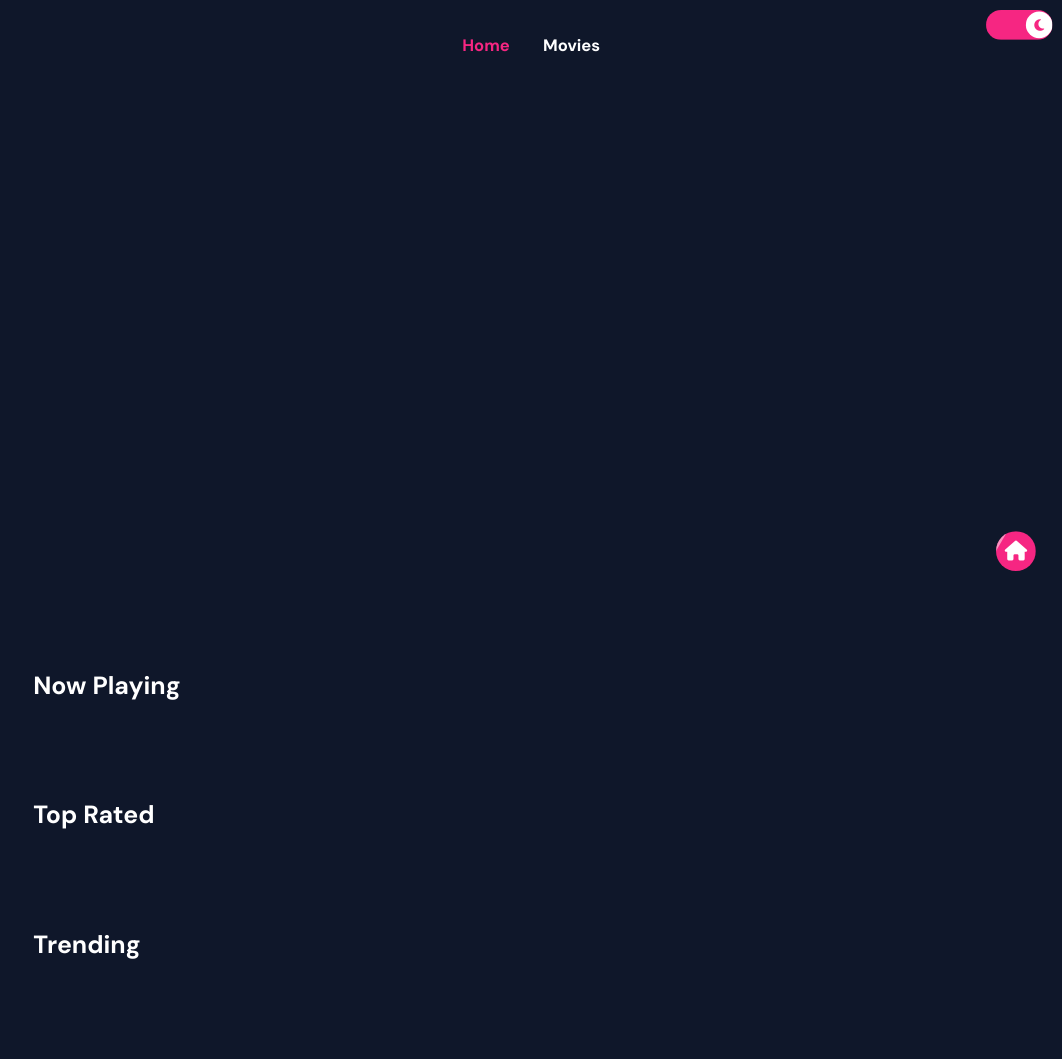
Repository: Linhyum/react-simple-movie
Page: /
An editor plug-in stored every save of this project. The page is shown before and after the next save, followed by the edit.
The browser window is 1280 px wide. The pictures show the whole page, at 83% of full size.
The page's requests for data from a server got no answer. The project was rebuilt for these pictures with package versions that can differ from the ones it lists, and the page was loaded fresh each time. No one was signed in, and anything a server would have sent is missing. Also part of the build but not shown: src/components/button/Button.js, src/components/LoadingSkeleton.js.

Above is the page before, as saved 2023-04-02 21:00:52.

### public/index.html
<!DOCTYPE html>
<html lang="en">
    <head>
        <meta charset="utf-8" />
        <link rel="icon" href="%PUBLIC_URL%/favicon.ico" />
        <meta name="viewport" content="width=device-width, initial-scale=1" />
        <meta name="theme-color" content="#000000" />
        <meta name="description" content="Web site created using create-react-app" />
        <link rel="apple-touch-icon" href="%PUBLIC_URL%/logo192.png" />
        <!--
      manifest.json provides metadata used when your web app is installed on a
      user's mobile device or desktop. See https://developers.google.com/web/fundamentals/web-app-manifest/
    -->
        <link rel="manifest" href="%PUBLIC_URL%/manifest.json" />
        <link
            rel="stylesheet"
            href="https://cdnjs.cloudflare.com/ajax/libs/font-awesome/6.4.0/css/all.min.css"
            integrity="sha512-iecdLmaskl7CVkqkXNQ/ZH/XLlvWZOJyj7Yy7tcenmpD1ypASozpmT/E0iPtmFIB46ZmdtAc9eNBvH0H/ZpiBw=="
            crossorigin="anonymous"
            referrerpolicy="no-referrer"
        />
        <!--
      Notice the use of %PUBLIC_URL% in the tags above.
      It will be replaced with the URL of the `public` folder during the build.
      Only files inside the `public` folder can be referenced from the HTML.

      Unlike "/favicon.ico" or "favicon.ico", "%PUBLIC_URL%/favicon.ico" will
      work correctly both with client-side routing and a non-root public URL.
      Learn how to configure a non-root public URL by running `npm run build`.
    -->
        <title>React App</title>
    </head>
    <body>
        <noscript>You need to enable JavaScript to run this app.</noscript>
        <div id="root"></div>
        <!--
      This HTML file is a template.
      If you open it directly in the browser, you will see an empty page.

      You can add webfonts, meta tags, or analytics to this file.
      The build step will place the bundled scripts into the <body> tag.

      To begin the development, run `npm start` or `yarn start`.
      To create a production bundle, use `npm run build` or `yarn build`.
    --></body>
</html>

### src/index.js
import React from "react";
import ReactDOM from "react-dom/client";
import "./index.scss";
import App from "./App";
import reportWebVitals from "./reportWebVitals";
import { BrowserRouter } from "react-router-dom";

const root = ReactDOM.createRoot(document.getElementById("root"));
root.render(
    <React.StrictMode>
        <BrowserRouter>
            <App />
        </BrowserRouter>
    </React.StrictMode>
);

// If you want to start measuring performance in your app, pass a function
// to log results (for example: reportWebVitals(console.log))
// or send to an analytics endpoint. Learn more: https://bit.ly/CRA-vitals
reportWebVitals();

### src/index.scss
@tailwind base;
@tailwind components;
@tailwind utilities;
@import url("https://fonts.googleapis.com/css2?family=DM+Sans:wght@400;500;700&display=swap");

@layer base {
    body.dark {
        @apply bg-slate-900 font-body px-5 text-white;
    }

    body {
        @apply bg-white text-slate-900;
        transition: all linear 0.3s;
    }
    body input {
        @apply text-white;
    }

    .pagination {
        display: flex;
        align-items: center;
        justify-content: center;
        column-gap: 30px;
        font-size: 22px;
        font-weight: 500;
    }

    .pagination .active {
        @apply text-primary;
    }

    @media (max-width: 639px) {
        .moive-page {
            @apply grid-cols-1;
        }
    }

    :root {
        --swiper-theme-color: #f62682 !important;
        --swiper-pagination-bullet-inactive-color: #aaa !important;
        --swiper-pagination-bullet-inactive-opacity: 1;
    }
    .swiper-button-prev,
    .swiper-button-next {
        position: absolute !important;
        top: 50% !important;
        width: 60px !important;
        height: 60px !important;
        margin-top: -12.5px !important;
        z-index: 10 !important;
        cursor: pointer !important;
        border-radius: 50% !important;
        background: rgb(204, 204, 204, 0.7) !important;
        transition: all 0.3s ease !important;
        display: flex;
        justify-content: center !important;
        align-items: center !important;
        font-weight: 700 !important;
    }

    .swiper-button-prev {
        left: 0;
    }

    .swiper-button-next {
        right: 0;
    }

    .swiper-button-prev:hover,
    .swiper-button-next:hover {
        background: rgb(204, 204, 204) !important;
    }
    .movie-list .swiper-pagination {
        display: none;
    }

    @media (max-width: 1023px) {
        .banner .swiper-pagination {
            display: none !important;
        }
    }
    .skeleton {
        background-color: #eee;
        background-image: linear-gradient(110deg, #ececec 8%, #f5f5f5 18%, #ececec 33%);
        background-size: 200% 100%;
        animation: 1.5s shine linear infinite;
    }
    @keyframes shine {
        to {
            background-position-x: -200%;
        }
    }
    /* Tạo thanh cuộn */
    body::-webkit-scrollbar {
        width: 10px;
    }

    /* Tạo màu nền cho thanh cuộn */
    body::-webkit-scrollbar-track {
        background-color: #eee;
    }

    /* Tạo màu cho thanh cuộn */
    body::-webkit-scrollbar-thumb {
        background-color: #f62682;
        border-radius: 5px;
    }
    button {
        position: relative;
        overflow: hidden;
        transition: all 0.3s ease-in-out;
    }

    button:before {
        content: "";
        position: absolute;
        top: 0;
        left: -100%;
        width: 100%;
        height: 100%;
        background-color: rgba(255, 255, 255, 0.5);
        transform: skewX(-30deg);
        transition: all 0.3s ease-in-out;
    }

    button:hover:before {
        left: 0;
    }

    button:hover {
        @apply bg-blue-600;
    }
    button:hover div {
        @apply text-blue-600;
    }
    button div {
        transition: all 0.3s ease-in-out;
    }
}

@layer components {
    .page-container {
        max-width: 1200px;
        @apply mx-auto;
    }
    .movie-list .swiper-slide {
        width: 270px;
    }
    .banner .swiper {
        height: 100%;
    }
    .trailer iframe {
        width: 100%;
        height: 100%;
    }
}

### src/App.js
import { Route, Routes } from "react-router-dom";
import Main from "./components/layout/Main";
// import HomePage from "./pages/HomePage";
// import MovieDetailsPage from "./pages/MovieDetailsPage";
// import MoviePage from "./pages/MoviePage";
import { lazy, Suspense } from "react";

const HomePage = lazy(() => import("./pages/HomePage"));
const MoviePage = lazy(() => import("./pages/MoviePage"));
const MovieDetailsPage = lazy(() => import("./pages/MovieDetailsPage"));

function App() {
    return (
        <Suspense fallback={<></>}>
            <Routes>
                <Route element={<Main></Main>}>
                    <Route path="/" element={<HomePage></HomePage>}></Route>
                    <Route path="/movies" element={<MoviePage></MoviePage>}></Route>
                    <Route
                        path="/movies/:slug"
                        element={<MovieDetailsPage></MovieDetailsPage>}
                    ></Route>
                </Route>
            </Routes>
        </Suspense>
    );
}

export default App;

### src/components/layout/Main.js
import React from "react";
import Header from "./Header";
import { Outlet } from "react-router-dom";
const Main = () => {
    return (
        <>
            <Header></Header>
            <Outlet></Outlet>
        </>
    );
};

export default Main;

### src/pages/HomePage.js
import React from "react";
import Banner from "../components/banner/Banner";
import MovieList from "../components/movie/MovieList";

const HomePage = () => {
    return (
        <>
            <Banner></Banner>
            <section className="movies-layout page-container pb-20">
                <h2 className="capitalize  mb-10 text-3xl font-bold">Now playing</h2>
                <MovieList type={"now_playing"}></MovieList>
            </section>

            <section className="movies-layout page-container pb-20">
                <h2 className="capitalize  mb-10 text-3xl font-bold">Top Rated</h2>
                <MovieList type={"top_rated"}></MovieList>
            </section>

            <section className="movies-layout page-container pb-20">
                <h2 className="capitalize  mb-10 text-3xl font-bold">Trending</h2>
                <MovieList type={"popular"}></MovieList>
            </section>
        </>
    );
};

export default HomePage;

### src/components/layout/Header.js
import React, { useState } from "react";
import { NavLink } from "react-router-dom";

const Header = () => {
    const [dark, setDark] = useState(true);
    const active = ({ isActive }) => isActive && "text-primary";
    const handleClick = () => {
        window.scrollTo({ top: 0, behavior: "smooth" });
    };
    if (dark) {
        document.body.classList.add("dark");
    } else {
        document.body.classList.remove("dark");
    }
    return (
        <>
            <header className="header text-xl font-semibold flex items-center justify-center gap-x-10  py-10 mb-5">
                <NavLink to={"/"} className={active}>
                    Home
                </NavLink>
                <NavLink to={"/movies"} className={active}>
                    Movies
                </NavLink>
            </header>
            <button
                className="fixed z-50 bottom-8 right-8  w-12 h-12 rounded-full bg-primary text-2xl"
                onClick={handleClick}
            >
                <i class="fa-solid fa-house"></i>
            </button>
            <div className="fixed top-3 right-3 z-50">
                <div
                    className={`relative transition-all duration-300 w-20 h-9 flex items-center cursor-pointer rounded-full ${
                        dark ? "bg-primary" : "bg-slate-400"
                    } `}
                    onClick={() => setDark(!dark)}
                >
                    <div
                        className={`absolute flex items-center justify-center transition-all duration-300 w-8 h-8 rounded-full  ${
                            dark ? "left-full -translate-x-full bg-white" : "left-0 bg-primary"
                        }`}
                    >
                        <i
                            className={`${
                                dark
                                    ? "fa-solid fa-moon text-primary"
                                    : "fa-solid fa-sun text-white"
                            }`}
                        ></i>
                    </div>
                </div>
            </div>
        </>
    );
};

export default Header;

### src/components/movie/MovieList.js
import React from "react";
import { SwiperSlide, Swiper } from "swiper/react";
import "swiper/scss";
import useSWR from "swr";
import { fetcher, getMovieList } from "../../config";
import MovieCard, { MovieCardSkeleton } from "./MovieCard";
import SwiperCore, { Navigation, Pagination, Autoplay } from "swiper";
import "swiper/swiper-bundle.css";
SwiperCore.use([Navigation, Pagination, Autoplay]);
//https://api.themoviedb.org/3/movie/now_playing?api_key=<<api_key>>
//https://api.themoviedb.org/3/movie/popular?api_key=<<api_key>>
//https://api.themoviedb.org/3/movie/top_rated?api_key=<<api_key>>
let slidesPerView = 0;
const MovieList = ({ type }) => {
    const { data, isLoading } = useSWR(getMovieList(type), fetcher);
    const movies = data?.results || [];
    return (
        <div className="movie-list">
            <Swiper
                navigation={{ prevEl: ".swiper-button-prev", nextEl: ".swiper-button-next" }}
                spaceBetween={30}
                slidesPerView={slidesPerView}
                grabCursor={true}
                breakpoints={{
                    0: {
                        slidesPerView: 1,
                        spaceBetween: 0,
                    },
                    640: {
                        slidesPerView: 2,
                        spaceBetween: 20,
                    },
                    768: {
                        slidesPerView: 3,
                        spaceBetween: 20,
                    },
                    1024: {
                        slidesPerView: 4,
                        spaceBetween: 30,
                    },
                    1280: {
                        slidesPerView: 4,
                        spaceBetween: 30,
                    },
                    1536: {
                        slidesPerView: 5,
                        spaceBetween: 40,
                    },
                }}
            >
                {!isLoading && (
                    <div className="grid grid-cols-4 gap-x-8">
                        <MovieCardSkeleton></MovieCardSkeleton>
                        <MovieCardSkeleton></MovieCardSkeleton>
                        <MovieCardSkeleton></MovieCardSkeleton>
                        <MovieCardSkeleton></MovieCardSkeleton>
                    </div>
                )}
                {isLoading &&
                    movies.length > 0 &&
                    movies.map((item) => (
                        <SwiperSlide key={item.id}>
                            <MovieCard info={item}></MovieCard>
                        </SwiperSlide>
                    ))}
                <div className="swiper-button-prev"></div>
                <div className="swiper-button-next"></div>
            </Swiper>
        </div>
    );
};

export default MovieList;

### src/components/movie/MovieCard.js
import React from "react";
import { useNavigate } from "react-router-dom";
import Button from "../button/Button";

import { getImg } from "../../config";
import { withErrorBoundary } from "react-error-boundary";
import LoadingSkeleton from "../LoadingSkeleton";
const MovieCard = ({ info }) => {
    const navigate = useNavigate();
    return (
        <div className="movie-card text-white hover:shadow-lg hover:shadow-primary transition-all duration-300 rounded-lg p-3 bg-slate-800 select-none">
            <img
                src={getImg(info.poster_path)}
                alt=""
                className="object-cover w-full h-[350px] rounded-lg mb-5"
            />
            <h3 title={info.title} className="text-xl font-bold mb-3 truncate">
                {info.title}
            </h3>
            <div className="flex items-center justify-between text-sm  mb-7">
                <span className="opacity-50">{new Date(info.release_date).getFullYear()}</span>
                <div className="flex items-center gap-x-2">
                    <span className="opacity-50">{info.vote_average.toFixed(1)}</span>
                    <div className="text-yellow-400">
                        <i class="fa-solid fa-star"></i>
                    </div>
                </div>
            </div>
            <Button onclick={() => navigate(`/movies/${info.id}`)} title={"Watch now"}></Button>
        </div>
    );
};

function FallbackComponent() {
    return <p className="text-red-500 bg-red-200">Something went wrong with this component</p>;
}

export default withErrorBoundary(MovieCard, {
    FallbackComponent,
});

export function MovieCardSkeleton() {
    <div className="movie-card text-white hover:shadow-lg hover:shadow-primary transition-all duration-300 rounded-lg p-3 bg-slate-800 select-none">
        <LoadingSkeleton height="300px" radius="8px"></LoadingSkeleton>
        <LoadingSkeleton height="300px" radius="8px"></LoadingSkeleton>
        <LoadingSkeleton height="300px" radius="8px"></LoadingSkeleton>
        <div className="flex items-center justify-between text-sm  mb-7">
            <span className="opacity-50"></span>
            <div className="flex items-center gap-x-2">
                <span className="opacity-50"></span>
                <div className="text-yellow-400">
                    <i class="fa-solid fa-star"></i>
                </div>
            </div>
        </div>
        <Button></Button>
    </div>;
}

### src/config.js
const fetcher = (...args) => fetch(...args).then((res) => res.json());
const getMovieList = (type1 = "", type2 = "", type3 = "") =>
    `https://api.themoviedb.org/3${type3}/movie/${type1}${type2}?api_key=9e4dcf244e30611641c2a44c752a2353`;
const getImg = (type) => `https://image.tmdb.org/t/p/original${type}`;
export { fetcher, getMovieList, getImg };

### tailwind.config.js
/** @type {import('tailwindcss').Config} */
module.exports = {
    content: ["./src/**/*.{js,jsx,ts,tsx}"],
    theme: {
        extend: {
            fontFamily: {
                body: ["DM Sans", "sans-serif"],
            },
            colors: {
                primary: "#f62682",
            },
        },
    },
    plugins: [],
};

Loaded but not shown: src/reportWebVitals.js (common file); src/components/banner/Banner.js (71 lines, source omitted)

After the next save:
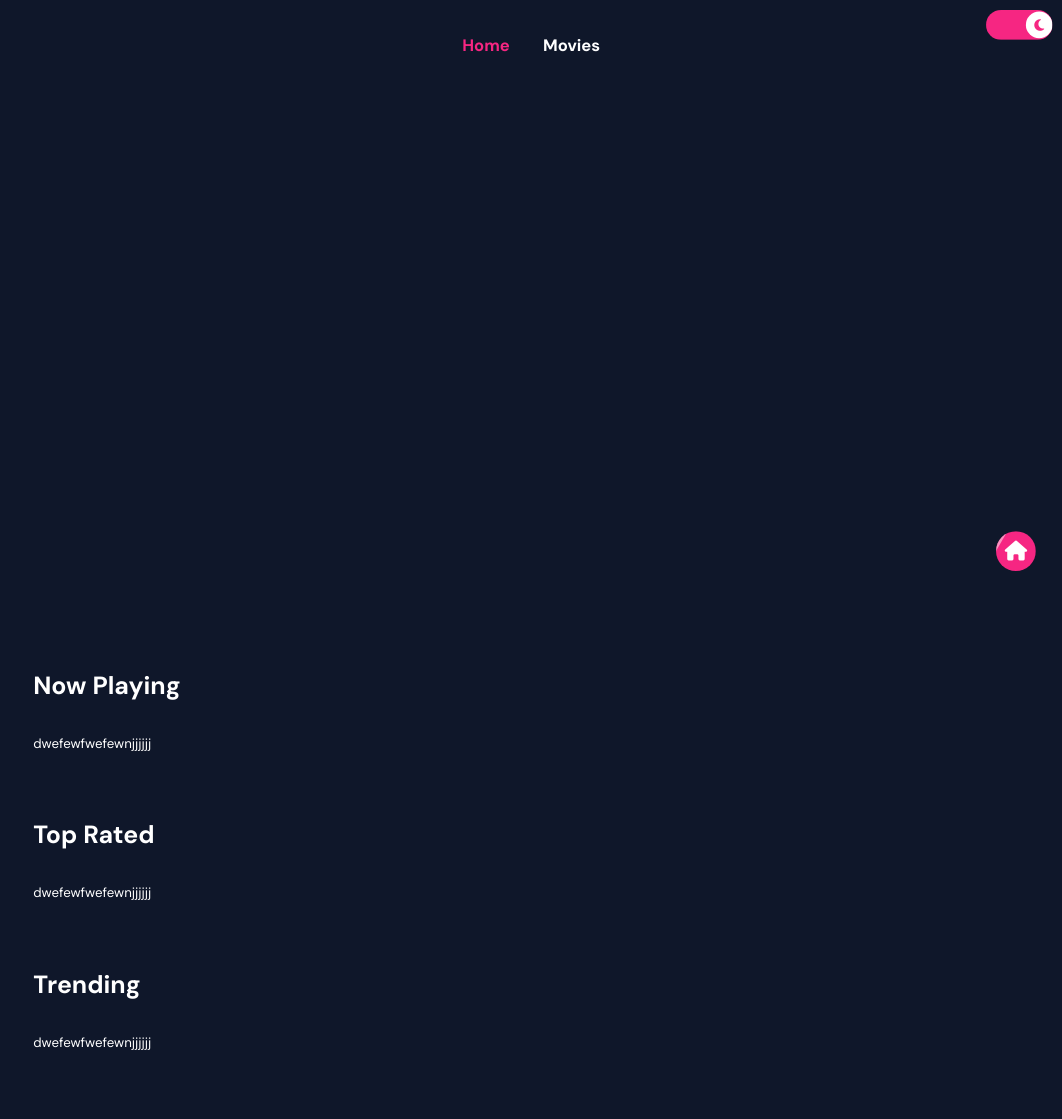
Saved 64 s later.
--- a/src/components/movie/MovieList.js
+++ b/src/components/movie/MovieList.js
@@ -56,6 +56,7 @@
                         <MovieCardSkeleton></MovieCardSkeleton>
                     </div>
                 )}
+                <p>dwefewfwefewnjjjjjj</p>
                 {isLoading &&
                     movies.length > 0 &&
                     movies.map((item) => (

After the save that followed:
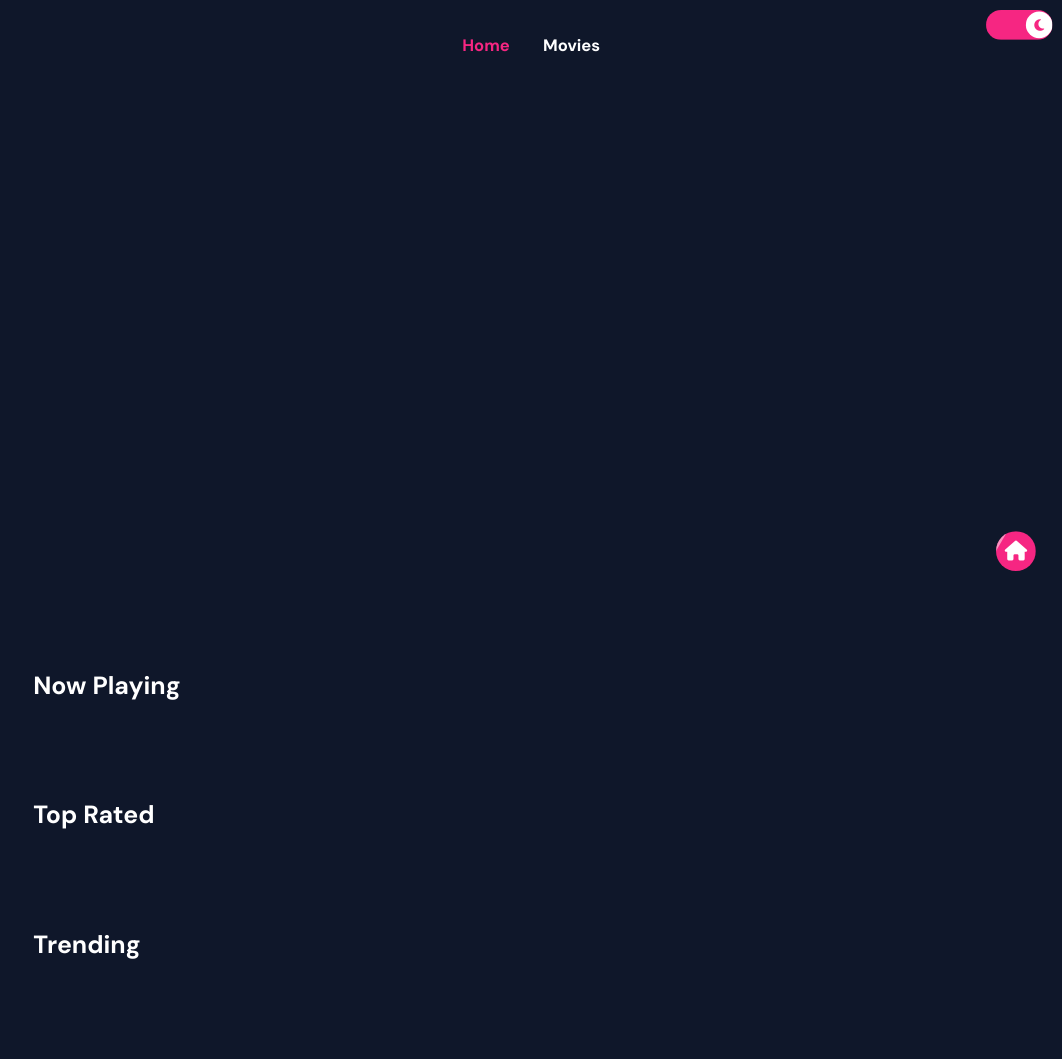
Saved 10 s later.
--- a/src/components/movie/MovieList.js
+++ b/src/components/movie/MovieList.js
@@ -56,7 +56,6 @@
                         <MovieCardSkeleton></MovieCardSkeleton>
                     </div>
                 )}
-                <p>dwefewfwefewnjjjjjj</p>
                 {isLoading &&
                     movies.length > 0 &&
                     movies.map((item) => (
